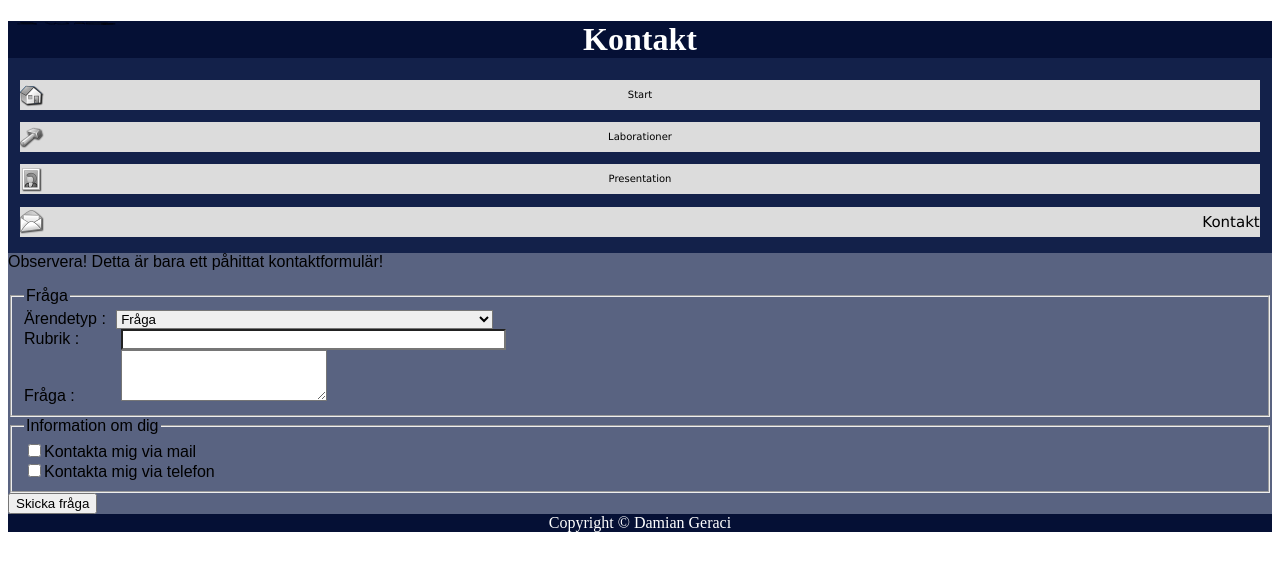
Repository: dg222dm/1ik415-laborationer
Page: pages/kontakt.html
The author's editor kept a record of every edit. The page is drawn from the files as they stood at one moment, then again after the next edit.
The browser window is 1280 px wide. The pictures show the whole page.

Above is the page before.

After the next edit:
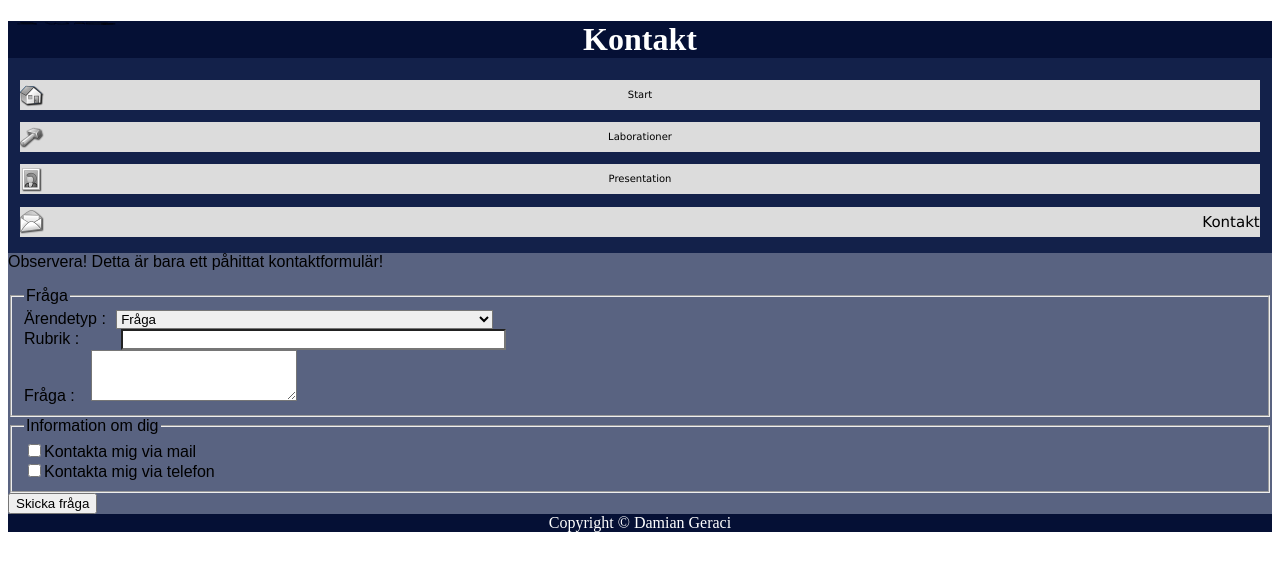
The edit:
--- a/css/mobile.css
+++ b/css/mobile.css
@@ -138,7 +138,7 @@
     width:30.57%;
     max-height:9.76%;
     border-radius:0.48%;
-    margin-left:3.41%;
+    margin-left:1%;
 }
 
 #text3 {
